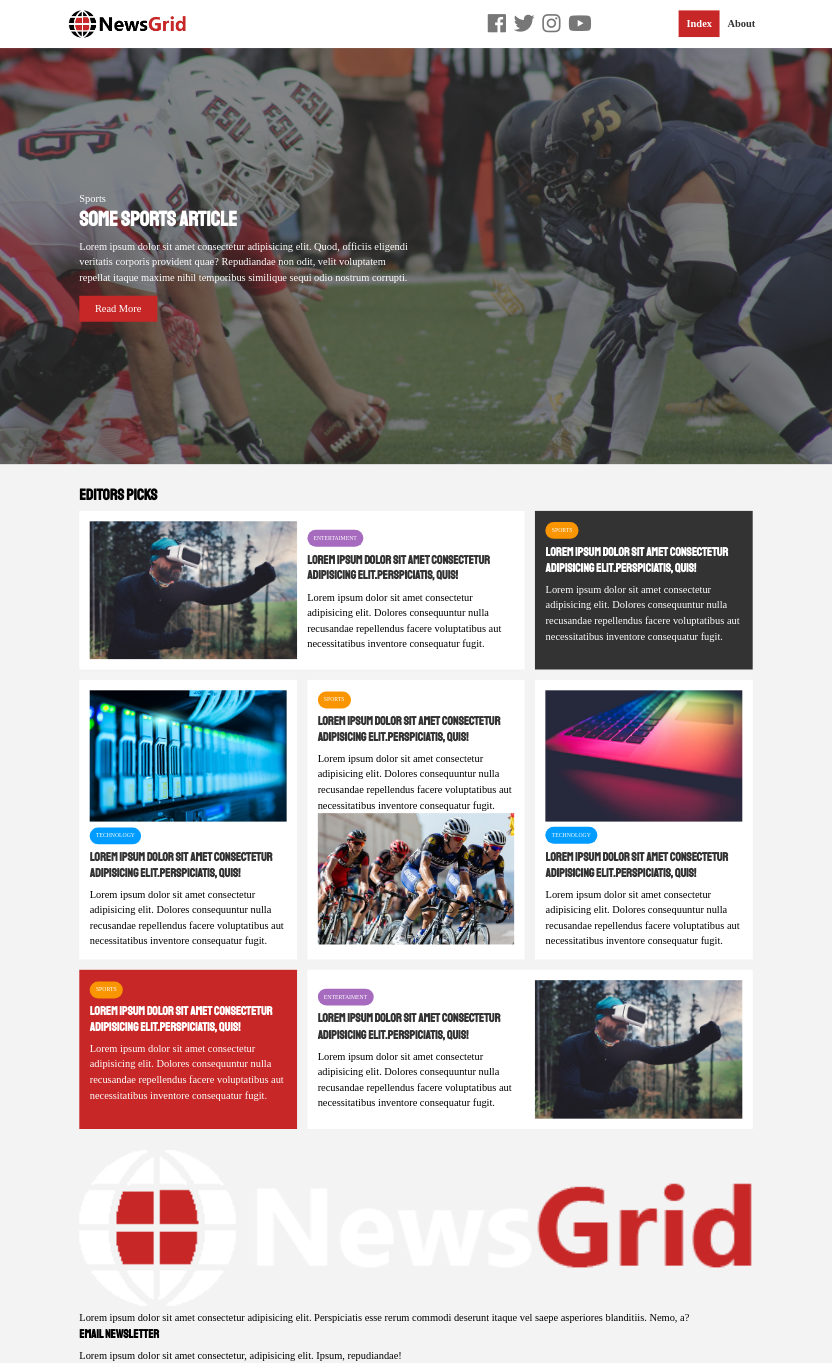
Repository: minhtien9/newsgrid
Page: index.html
An editor plug-in stored every save of this project. The page is shown before and after the next save, followed by the edit.
The browser window is 1280 px wide. The pictures show the whole page, at 65% of full size.
Some web libraries are served in a nearby version.

Above is the page before, as saved 2021-08-25 21:57:55.

After the next save:
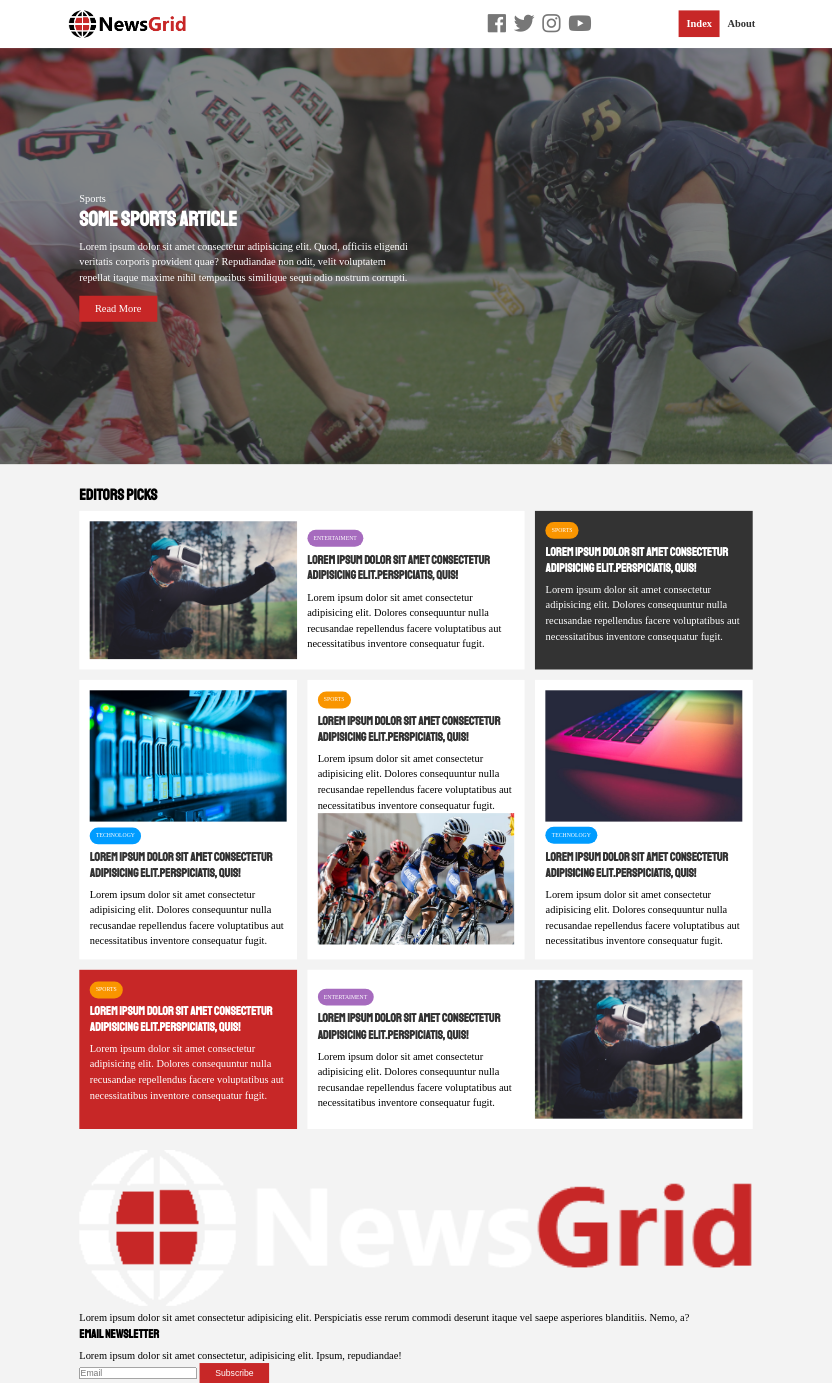
Saved 61 s later.
--- a/index.html
+++ b/index.html
@@ -179,7 +179,10 @@
             Lorem ipsum dolor sit amet consectetur, adipisicing elit. Ipsum,
             repudiandae!
           </p>
-          <form type="email" placeholder="Enter Email..."></form>
+          <form>
+            <input type="email" placeholder="Email" />
+            <input type="submit" value="Subscribe" class="btn btn-primary" />
+          </form>
         </div>
       </div>
     </footer>
